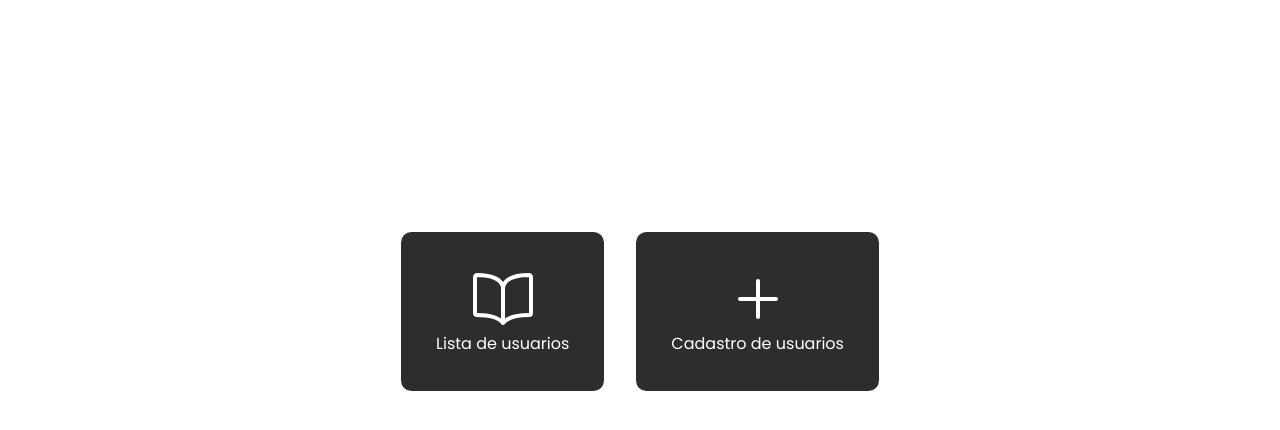
Repository: BeatrizFloriano96/myPagesSpeedLog
Page: html/usuarios.html
An editor plug-in stored every save of this project. The page is shown before and after the next save, followed by the edit.
The browser window is 1280 px wide. The pictures show the whole page.

Above is the page before, as saved 2022-01-29 13:18:55.

### html/usuarios.html
<link rel="stylesheet" href="../css/usuarios.css">

<body>



    <section>
        <!--início ícones principais-->

        <div id="grandeCaixa">

            <div class="caixinha">
                <a href="#">
                    <ion-icon name="book-outline"></ion-icon>
                </a>
                <p>Lista de usuarios</p>
            </div>

            <div class="caixinha">
                <a href="#">
                    <ion-icon name="add-outline"></ion-icon>
                </a>
                <p>Cadastro de usuarios</p>
            </div>

        </div>


        <!--Final ícones principais-->

        <script type="module" src="https://unpkg.com/ionicons@5.5.2/dist/ionicons/ionicons.esm.js"></script>
        <script nomodule src="https://unpkg.com/ionicons@5.5.2/dist/ionicons/ionicons.js"></script>
    </section>




</body>

### css/usuarios.css
@import url('https://fonts.googleapis.com/css2?family=Poppins:wght@100;200;300;400;500;600;700&display=swap');


*{
    padding: 0;
    margin: 0;
    box-sizing: border-box;
    border: none;
    font-family: 'Poppins';

}

.caixinha{
        background-color:#2d2d2d;
        min-height: 20vh;
        min-width: 25vh;
        margin: 1rem;
        padding: 35px;
        border-radius: 10.5px;
        text-align: center;

}

p, a {
    color: white;

}

#grandeCaixa{
    display: flex;
    justify-content: center;
    margin-top: 30vh;
}

.caixinha a{
        font-size: 4rem;
}

After the next save:
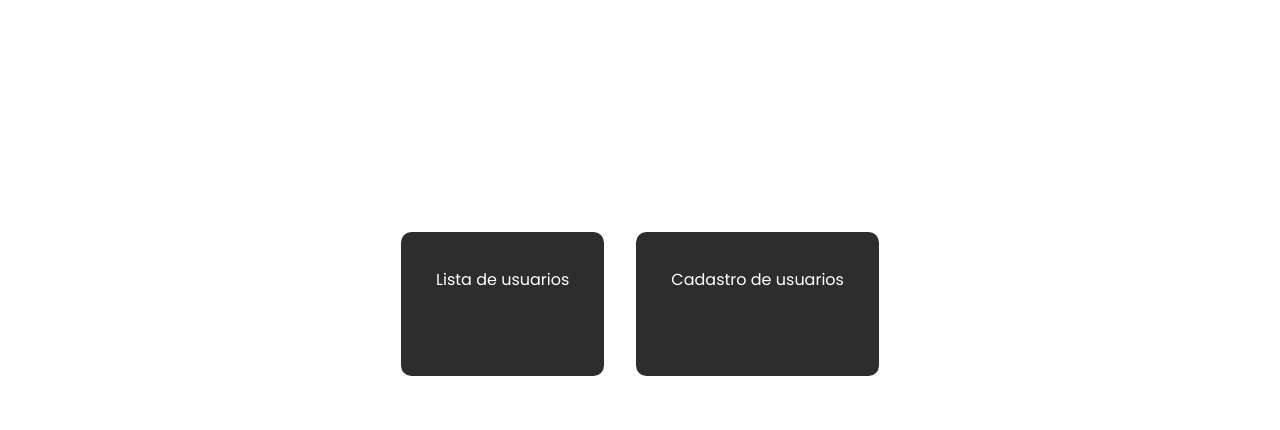
Saved 61 s later.
--- a/html/usuarios.html
+++ b/html/usuarios.html
@@ -28,8 +28,8 @@
 
         <!--Final ícones principais-->
 
-        <script type="module" src="https://unpkg.com/ionicons@5.5.2/dist/ionicons/ionicons.esm.js"></script>
-        <script nomodule src="https://unpkg.com/ionicons@5.5.2/dist/ionicons/ionicons.js"></script>
+        <!--<script type="module" src="https://unpkg.com/ionicons@5.5.2/dist/ionicons/ionicons.esm.js"></script>-->
+       <!-- <script nomodule src="https://unpkg.com/ionicons@5.5.2/dist/ionicons/ionicons.js"></script>-->
     </section>
 
 

After the 2 saves that followed:
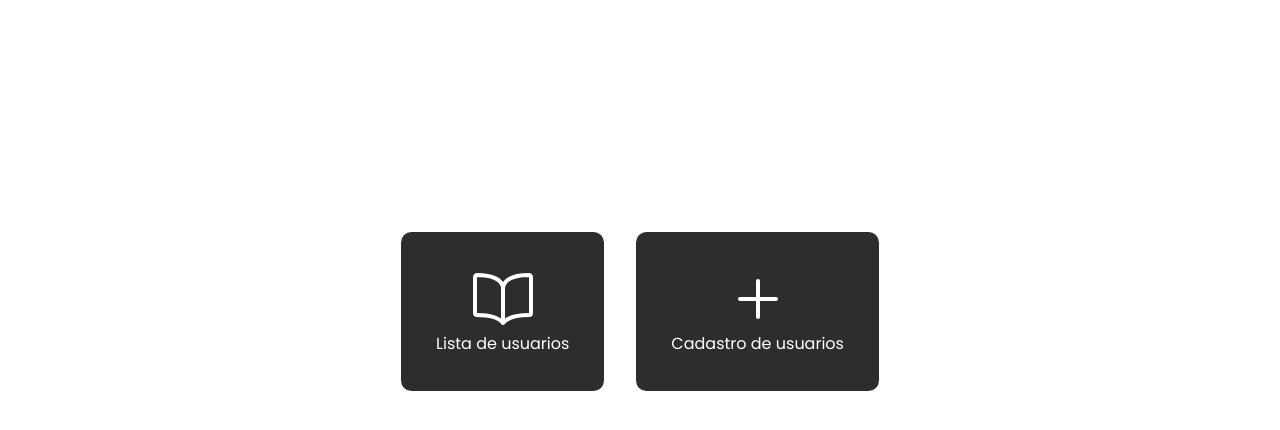
The 2 saves are shown as one change because 1 left the picture as it was.
The last was saved 49 s later.
--- a/html/usuarios.html
+++ b/html/usuarios.html
@@ -28,8 +28,8 @@
 
         <!--Final ícones principais-->
 
-        <!--<script type="module" src="https://unpkg.com/ionicons@5.5.2/dist/ionicons/ionicons.esm.js"></script>-->
-       <!-- <script nomodule src="https://unpkg.com/ionicons@5.5.2/dist/ionicons/ionicons.js"></script>-->
+        <script type="module" src="https://unpkg.com/ionicons@5.5.2/dist/ionicons/ionicons.esm.js"></script>
+        <!--<script nomodule src="https://unpkg.com/ionicons@5.5.2/dist/ionicons/ionicons.js"></script>-->
     </section>
 
 
